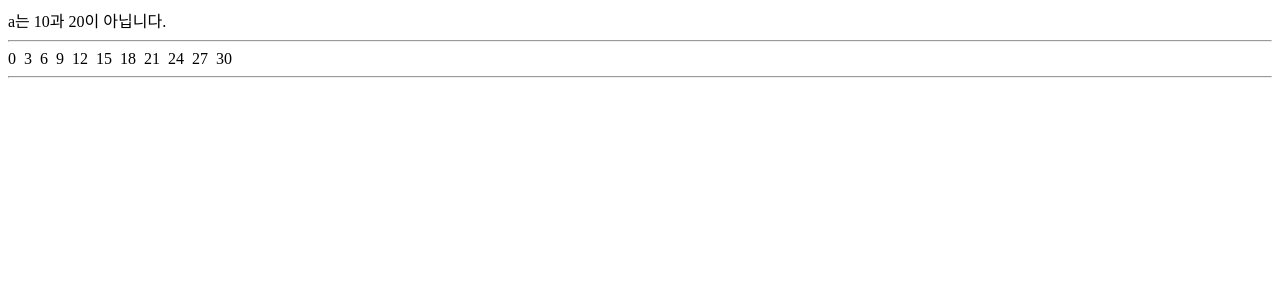
Repository: orieasy1/23-1-Programming-Study
Page: http://localhost/Jsp_DB/el_jstl/jstl02.jsp
An editor plug-in stored every save of this project. The page is shown before and after the next save, followed by the edit.
The browser window is 1280 px wide. The pictures show the whole page.
The page is served by Tomcat 9. Other server files are loaded and not shown.

Above is the page before, as saved 2023-08-26 09:52:51.

### JSPcode/Jsp_DB/src/main/webapp/el_jstl/jstl02.jsp
<%@page import="java.util.ArrayList"%>
<%@page import="java.util.List"%>
<%@ page language="java" contentType="text/html; charset=UTF-8"
    pageEncoding="UTF-8"%>

<%@ taglib prefix="c" uri="http://java.sun.com/jsp/jstl/core" %>

<!DOCTYPE html>
<html>
<head>
<meta charset="UTF-8">
<title>Insert title here</title>
</head>
<body>

	<%--
	choose는 자바의 switch문과 비슷한 역할을 한다.
	case와 같은 역할을 하는것은 choose안의 when태그 이다.
	default문 같은 역할을 사용하고 싶으면 choose태그 안에 otherwise 태그를 한다.
	 --%>

	<c:set var="a" value="30" />

	<c:choose>

		<c:when test="${a == 10 }">
			a는 10 입니다.<br>
		</c:when>

		<c:when test="${a == 20 }">
			a는 20 입니다.<br>
		</c:when>

		<c:otherwise>
			a는 10과 20이 아닙니다.<br>
		</c:otherwise>

	</c:choose>
	<hr>
	<%--
		forEach : for문
	 --%>

	<c:forEach var="i" begin="0" end="30" step="3" >
		${i}&nbsp;
	</c:forEach>

	<hr>

	<%
		List<String> list = new ArrayList<>();

		list.add("홍길동");
		list.add("성춘향");
		list.add("이순신");
		list.add("이몽룡");

		request.setAttribute("list", list);
		// request 객체에 ArrayList를 바인딩한다.
	%>

	<c:forEach var="name" items="${list}" >



	</c:forEach>


</body>
</html>

After the next save:
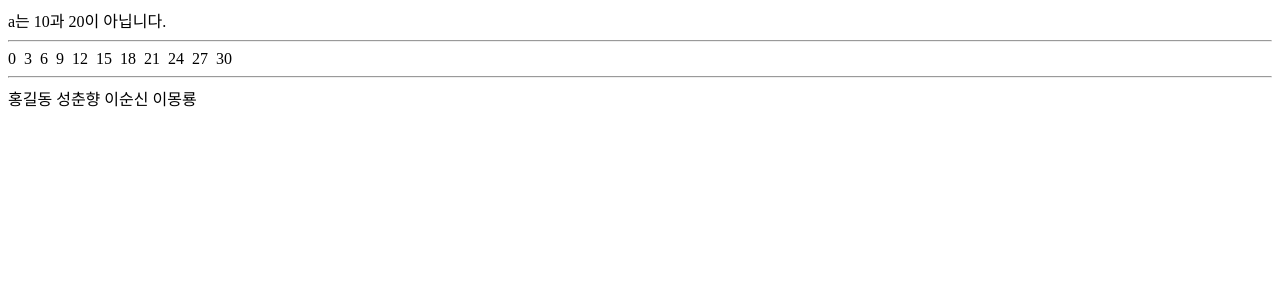
Saved 71 s later.
--- a/JSPcode/Jsp_DB/src/main/webapp/el_jstl/jstl02.jsp
+++ b/JSPcode/Jsp_DB/src/main/webapp/el_jstl/jstl02.jsp
@@ -61,7 +61,7 @@
 
 	<c:forEach var="name" items="${list}" >
 
-
+		${name}
 
 	</c:forEach>
 
